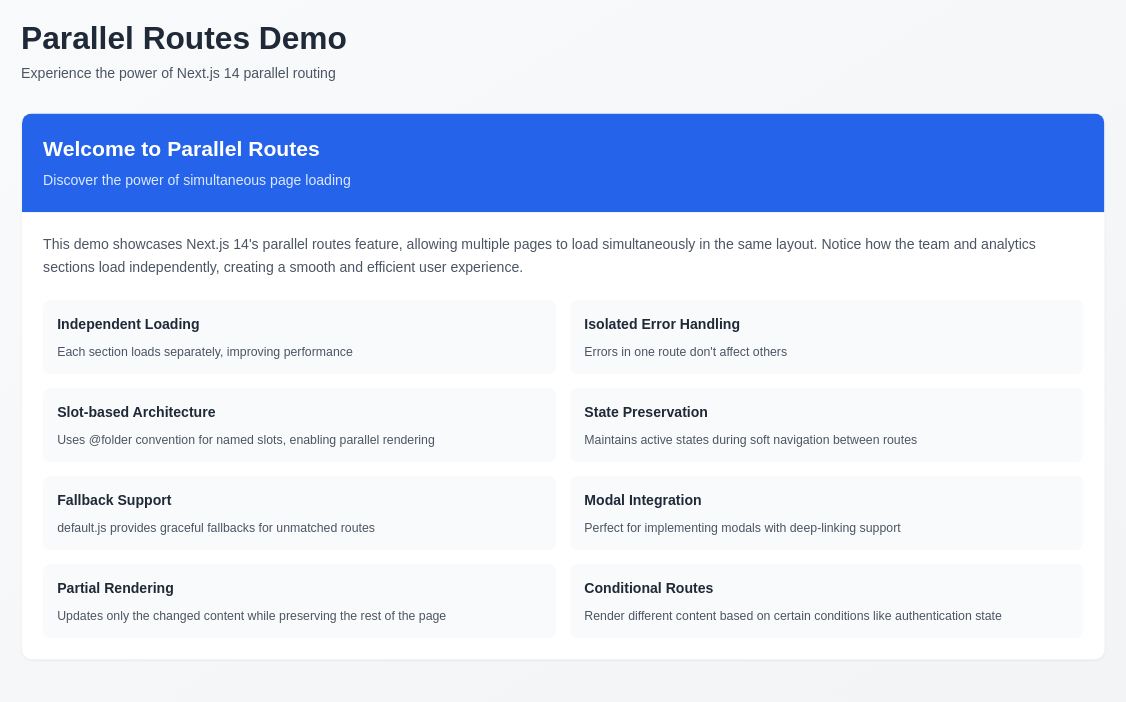
Repository: Dark-Developer93/parallel-routes
Page: /
An editor plug-in stored every save of this project. The page is shown before and after the next save, followed by the edit.
The browser window is 1280 px wide. The pictures show the whole page, at 88% of full size.
The project was rebuilt for these pictures with package versions that can differ from the ones it lists, and the page was loaded fresh each time. The framework's server and built-in components were replaced by stand-ins that run in the browser. Also part of the build but not shown: next.config.ts.

Above is the page before, as saved 2024-12-12 15:30:57.

After the next save:
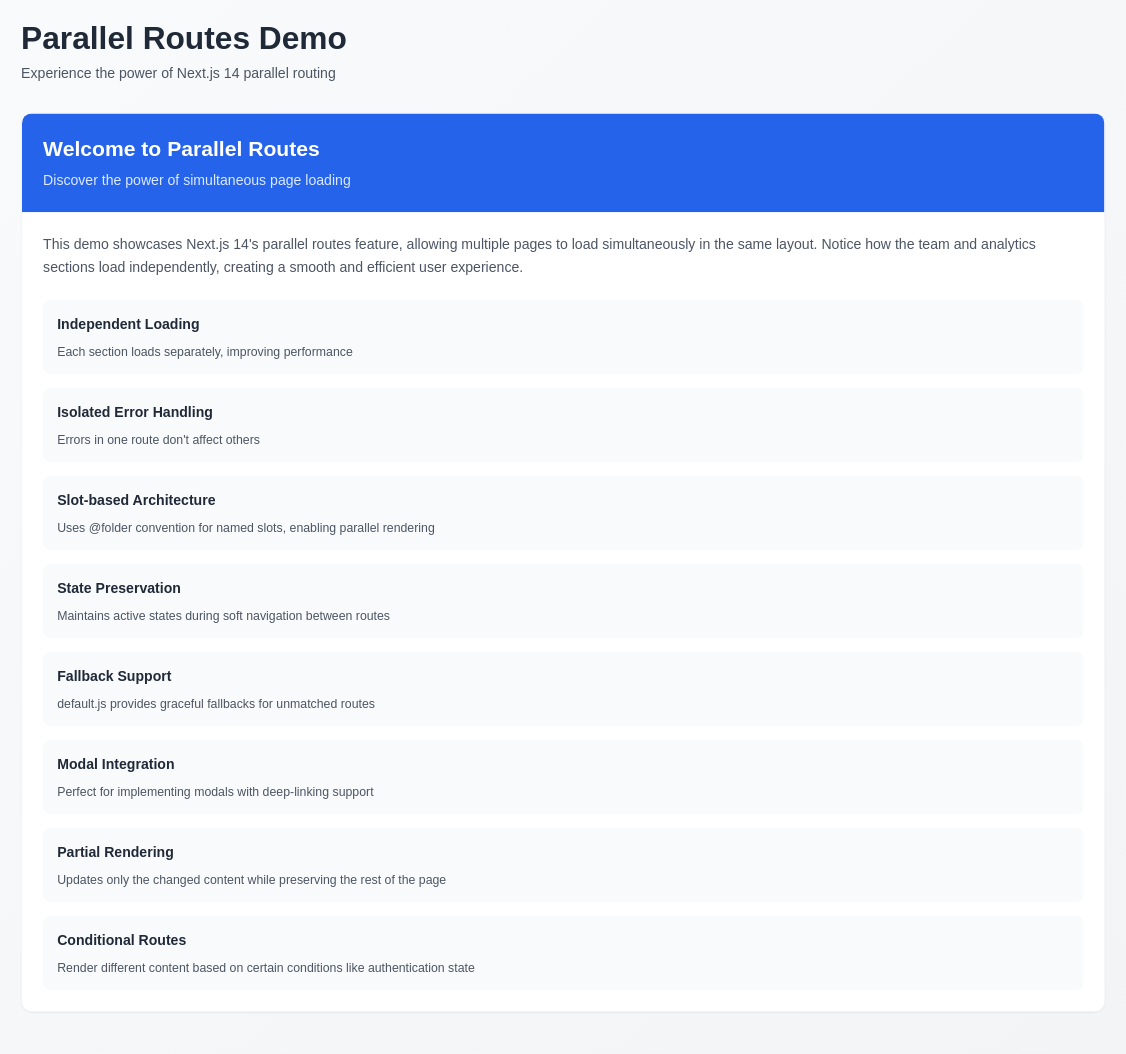
Saved 48 s later.
--- a/src/app/page.tsx
+++ b/src/app/page.tsx
@@ -18,7 +18,7 @@
             creating a smooth and efficient user experience.
           </p>
 
-          <div className="mt-6 grid grid-cols-2 gap-4">
+          <div className="mt-6 grid  col-span-2 md:col-span-2 lg:col-span-2 sm:col-span-1 gap-4">
             <div className="bg-gray-50 p-4 rounded-lg">
               <h3 className="font-semibold text-gray-800 mb-2">
                 Independent Loading

After the 4 saves that followed:
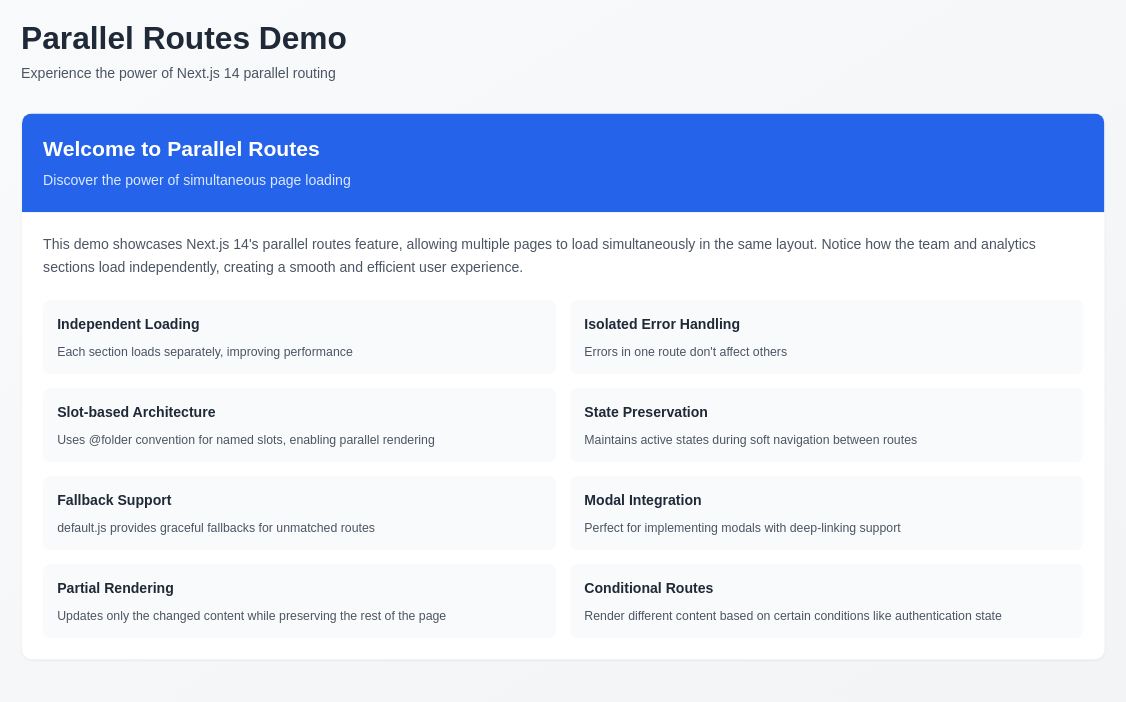
The 4 saves are shown as one change because 3 left the picture as it was.
The last was saved 2 min 15 s later.
--- a/src/app/page.tsx
+++ b/src/app/page.tsx
@@ -10,7 +10,7 @@
             Discover the power of simultaneous page loading
           </p>
         </div>
-        <div className="p-6 col-span-2 md:col-span-2 lg:col-span-2 sm:col-span-1">
+        <div className="p-6 ">
           <p className="text-gray-600 leading-relaxed">
             This demo showcases Next.js 14&apos;s parallel routes feature,
             allowing multiple pages to load simultaneously in the same layout.
@@ -18,7 +18,7 @@
             creating a smooth and efficient user experience.
           </p>
 
-          <div className="mt-6 grid  col-span-2 md:col-span-2 lg:col-span-2 sm:col-span-1 gap-4">
+          <div className="mt-6 grid grid-cols-2 gap-4">
             <div className="bg-gray-50 p-4 rounded-lg">
               <h3 className="font-semibold text-gray-800 mb-2">
                 Independent Loading
